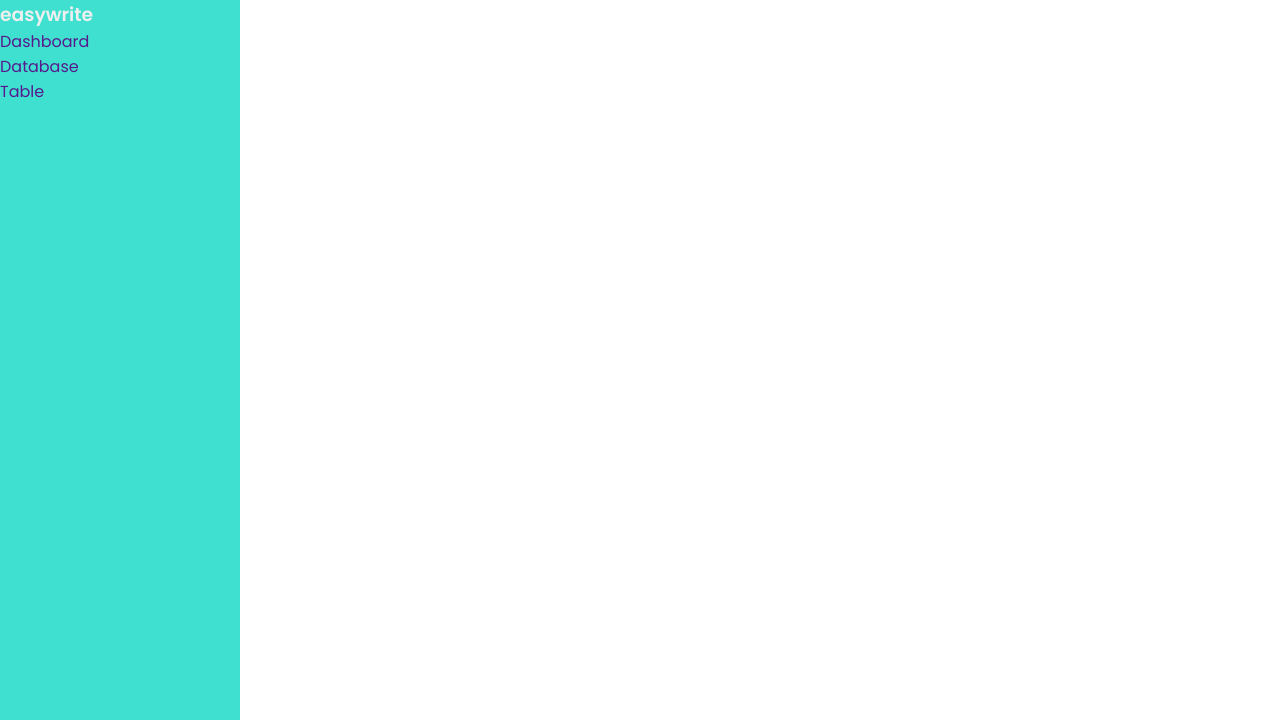
Repository: ngan429/CRUD_14
Page: http://localhost/crudweb/
An editor plug-in stored every save of this project. The page is shown before and after the next save, followed by the edit.
The browser window is 1280 px wide. The pictures show the whole page.
Some icons come from a web library that is not loaded, so they are not drawn. The page is served by Tomcat 9.

Above is the page before, as saved 2022-06-03 20:19:48.

After the next save:
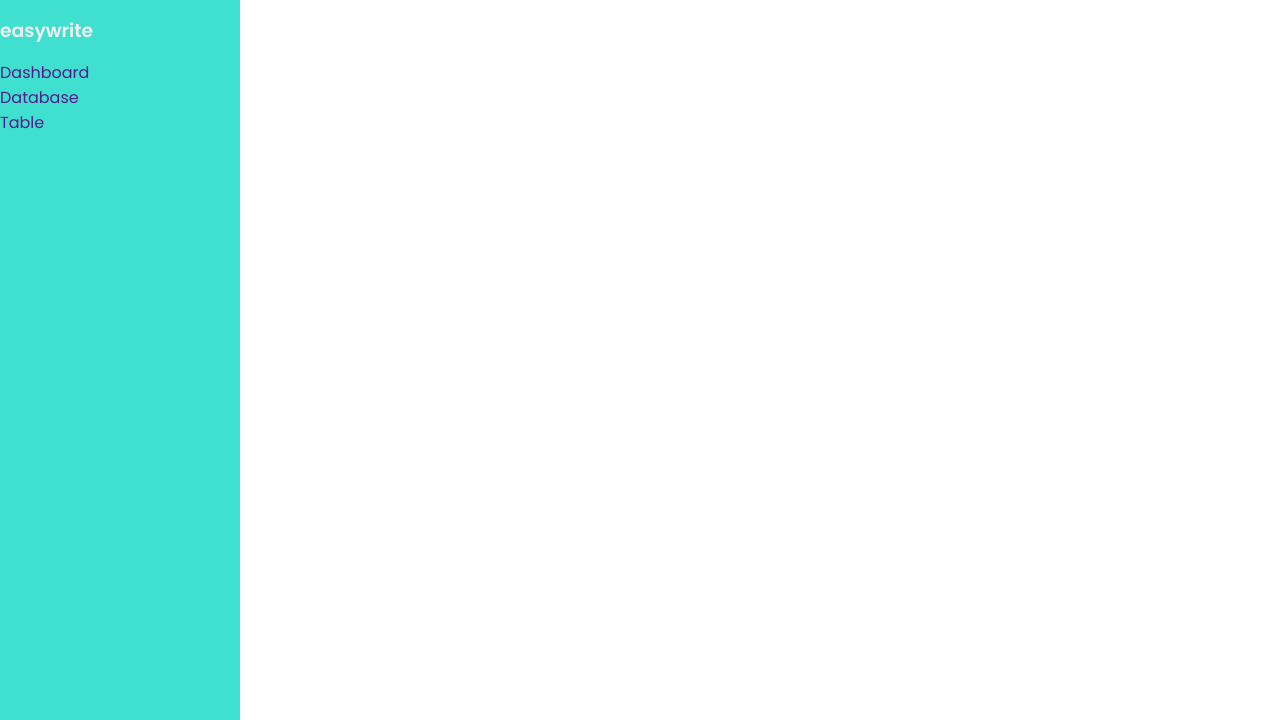
Saved 2 min 43 s later.
--- a/crudweb/crudweb/WebContent/index.jsp
+++ b/crudweb/crudweb/WebContent/index.jsp
@@ -28,6 +28,14 @@
 	z-index: 100;
 	background-color:turquoise;
 	color: #efefef;
+
+}
+.slidebar-header{
+	display: flex;
+	justify-content: space-between;
+	align-items: center;
+	height: 60px;
+	padding: 0rem 1 rem;
 }
 
 </style>
